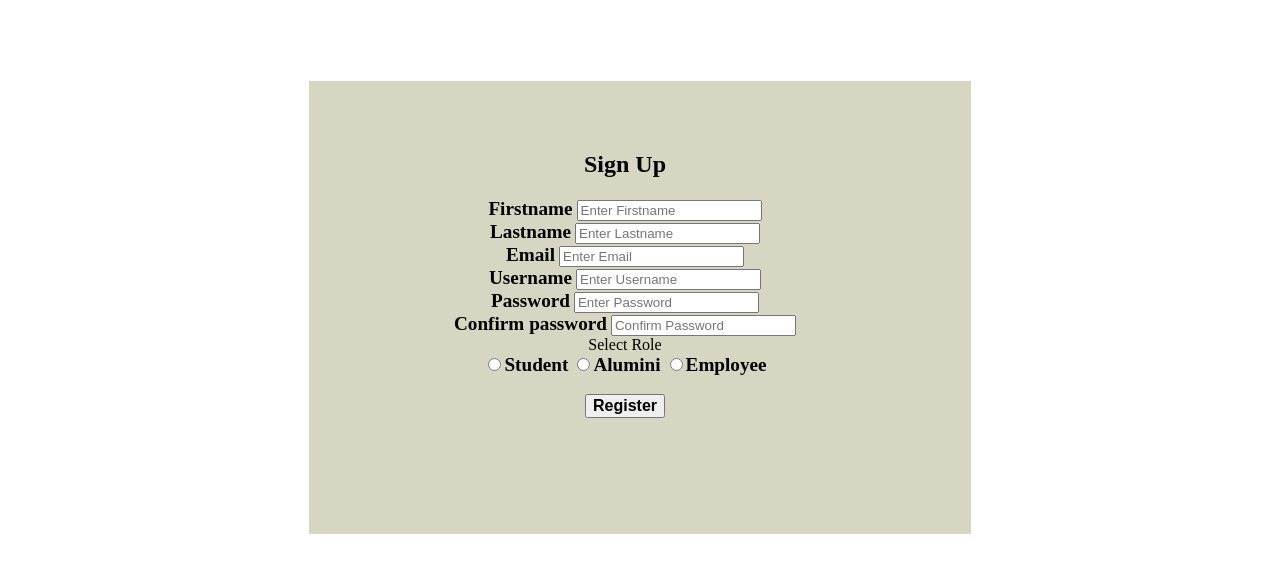
Repository: NeeleshPoojari/Project-2
Page: frontend_project2/WebContent/views/registrationform.html
The author's editor kept a copy of each file at every save. The page is drawn from the files as they stood at one save, then again after the next save.
The browser window is 1280 px wide. The pictures show the whole page.

Above is the page before, as saved 2017-07-17 14:42:17.

After the next save:
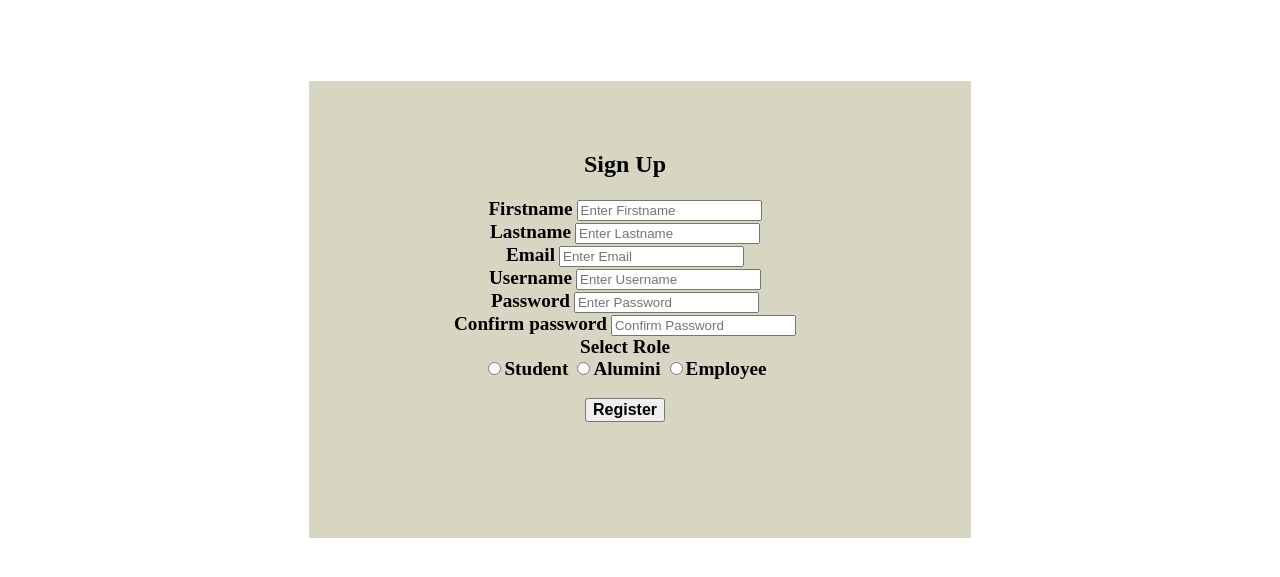
Saved 39 s later.
--- a/frontend_project2/WebContent/views/registrationform.html
+++ b/frontend_project2/WebContent/views/registrationform.html
@@ -61,7 +61,7 @@
 			</div>
 
 			<div align="center">
-				<label>Select Role</label><br>
+				<label><b><big>Select Role</big></b></label><br>
 				<div class="row">
 					<input type="radio" ng-model="user.role" value="Student"><b><big>Student</big></b>
 					<input type="radio" ng-model="user.role" value="Alumini"><b><big>Alumini</big></b>
